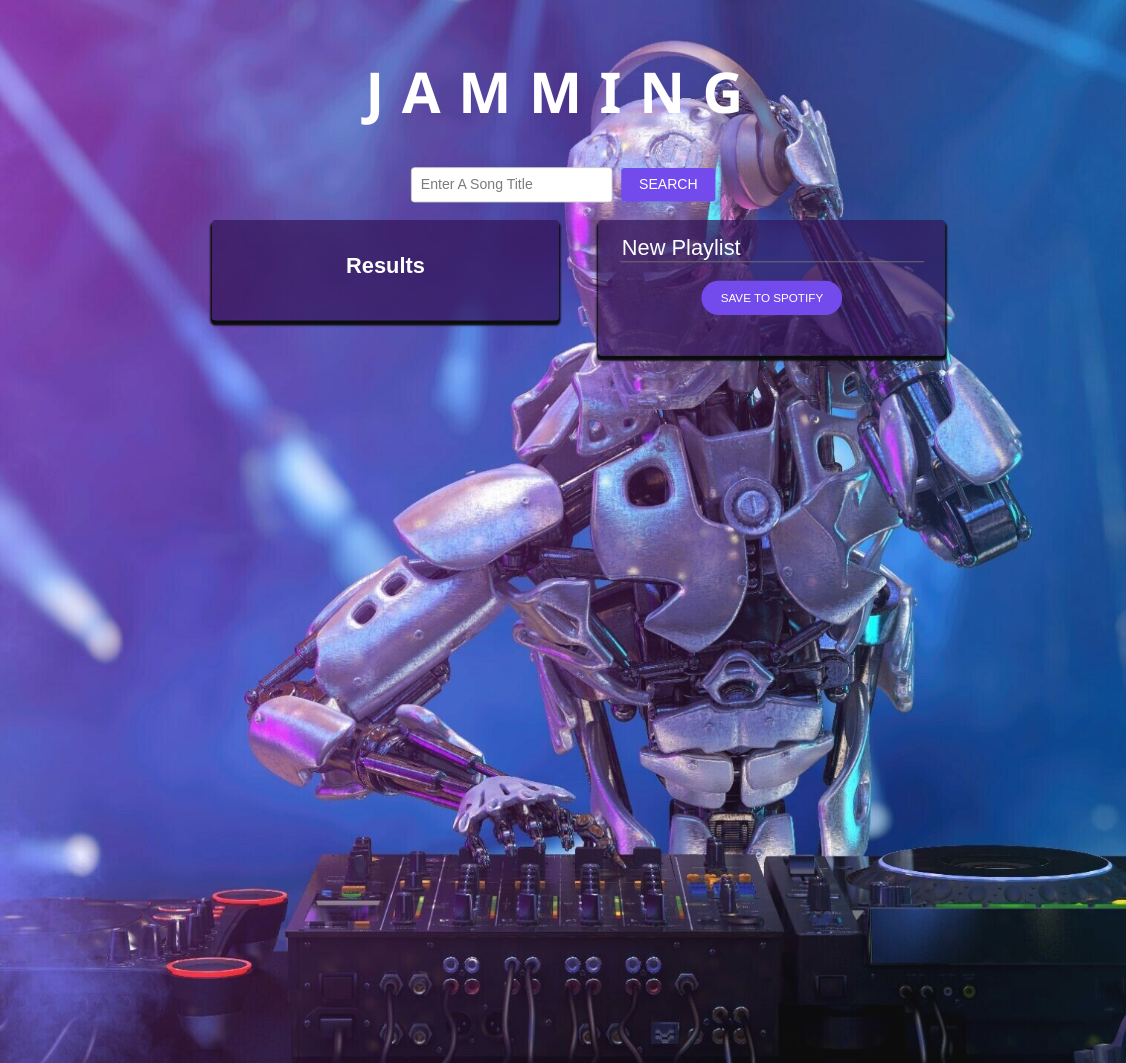
Repository: LolaSL/jamming
Page: /
These files come from the project's save history. The page is drawn as it stood at one moment and after the next save; the edit follows.
The browser window is 1280 px wide. The pictures show the whole page, at 88% of full size.
The project was rebuilt for these pictures with package versions that can differ from the ones it lists, and the page was loaded fresh each time. Also part of the build but not shown: src/components/Track/Track.css, src/components/Track/Track.jsx.

Above is the page before, as saved 2023-06-23 18:10:12.

### src/App/App.js
import React, { useState, useCallback } from "react";
import "./App.css";

import Playlist from "../components/PlayList/PlayList.jsx";
import SearchBar from "../components/SearchBar/SearchBar";
import SearchResults from "../components/SearchResults/SearchResults";
import Spotify from "../utils/Spotify";

const App = () => {
  const [searchResults, setSearchResults] = useState([]);
  const [playlistName, setPlaylistName] = useState("New Playlist");
  const [playlistTracks, setPlaylistTracks] = useState([]);

  const search = useCallback(async (term) => {
    const results = await Spotify.search(term);
    setSearchResults(results);
  }, []);

  const addTrack = useCallback((track) => {
    if (playlistTracks.some((savedTrack) => savedTrack.id === track.id)) {
      return;
    }
    setPlaylistTracks((prevTracks) => [...prevTracks, track]);
  }, [playlistTracks]);

  const removeTrack = useCallback((track) => {
    setPlaylistTracks((prevTracks) =>
      prevTracks.filter((currentTrack) => currentTrack.id !== track.id)
    );
  }, []);

  const updatePlaylistName = useCallback((name) => {
    setPlaylistName(name);
  }, []);

  const savePlaylist = useCallback(async () => {
    const trackUris = playlistTracks.map((track) => track.uri);
    await Spotify.savePlaylist(playlistName, trackUris);
    setPlaylistName("New Playlist");
    setPlaylistTracks([]);
  }, [playlistName, playlistTracks]);

  return (
    <div className="App-container" data-testid="app-test">
      <h1>
        Jamming
      </h1>
      <SearchBar onSearch={search} />
      <div className="App-playlist">
          <SearchResults searchResults={searchResults} onAdd={addTrack} />
          <Playlist
            playlistName={playlistName}
            playlistTracks={playlistTracks}
            onNameChange={updatePlaylistName}
            onRemove={removeTrack}
            onSave={savePlaylist}
        />
      </div>
      </div>
  );
};

export default App;
;

### src/App/App.css
body,
html,
#root {
  height: 100%;

}

/* CSS for App-container */
.App-container {
  display: flex;
  flex-direction: column;
  align-items: center;
  padding: 20px;
  background-color: #f0f0f0;
  background-image: url('./background.jpg');
  height: 150%;
  padding: 0 17% 10% 17%;
  opacity: 0.95;
  background-size: cover;
  overflow: hidden;
  background-position: center;
  background-repeat: no-repeat;
  font-family: 'Work Sans', sans-serif;
  font-weight: 500;
  color: #56649f;
  text-align: center;
}

/* CSS for h1 */
h1 {
  font-family:'Segoe UI', Tahoma, Geneva, Verdana, sans-serif;
  text-transform: uppercase;
  letter-spacing: 20px;
  color: #ffffff;
  font-size: 4rem;
  margin-top: 60px;
}

/* CSS for SearchBar */
.SearchBar {
  display: flex;
  justify-content: center;
  align-items: center;
  margin-bottom: 20px;
}

/* CSS for App-playlist */
.App-playlist {
  display: grid;
  grid-template-columns: 1fr 1fr;
  grid-gap:80px;
  align-items: justify;
  /* width:500px; */
  margin: 0 auto;
}

/* CSS for SearchResults and Playlist components */
.SearchResults,
.Playlist {
  background-color: #fff;
  padding: 20px;
  border-radius: 4px;
  box-shadow: 0 2px 4px rgba(0, 0, 0, 0.1);
}

### src/components/PlayList/PlayList.jsx
import React, { useCallback } from "react";
import PropTypes from "prop-types";
import "./PlayList.css";
import TrackList from "../TrackList/TrackList";

const Playlist = ({
  onNameChange,
  playlistTracks,
  onRemove,
  onSave
}) => {
  const handleNameChange = useCallback((event) => {
    onNameChange(event.target.value);
  }, [onNameChange]);

  return (
    <div className="Playlist">
      <input onChange={handleNameChange} defaultValue={"New Playlist"} />
      <TrackList
        tracks={playlistTracks}
        isRemoval={true}
        onRemove={onRemove}
      />
      <button className="Playlist-save" onClick={onSave}>
        SAVE TO SPOTIFY
      </button>
    </div>
  );
};

Playlist.propTypes = {
  onNameChange: PropTypes.func,
  playlistTracks: PropTypes.array,
  onRemove: PropTypes.func,
  onSave: PropTypes.func
};

export default Playlist;

### src/components/SearchBar/SearchBar.jsx
import React, { useState, useCallback } from "react";
import "./SearchBar.css";

const SearchBar = ({ onSearch }) => {
  const [term, setTerm] = useState("");

  const handleTermChange = useCallback((event) => {
    setTerm(event.target.value);
  }, []);

  const search = useCallback(() => {
    onSearch(term);
  }, [onSearch, term]);

  return (
    <form className="SearchBar">
      <input placeholder="Enter A Song Title" onChange={handleTermChange} />
      <button className="SearchButton" onClick={search}>
        SEARCH
      </button>
    </form>
  );
};

export default SearchBar;

### src/components/SearchResults/SearchResults.jsx
import React from "react";
import "./SearchResults.css";
import TrackList from "../TrackList/TrackList";

const SearchResults = ({ searchResults, onAdd }) => {
  return (
    <div className="SearchResults">
      <h2>Results</h2>
      <TrackList tracks={searchResults} onAdd={onAdd} />
    </div>
  );
};

export default SearchResults;

### src/utils/Spotify.js
const clientId = 'a18dfb23f21c4bf69aa0c5c6ac72acdc'; // Insert client ID here.
const redirectUri = 'http://localhost:3000/'; // Have to add this to your accepted Spotify redirect URIs on the Spotify API.

let accessToken;

const Spotify = {
  getAccessToken() {
    if (accessToken) {
      return accessToken;
    }

    const accessTokenMatch = window.location.href.match(/access_token=([^&]*)/);
    const expiresInMatch = window.location.href.match(/expires_in=([^&]*)/);
    if (accessTokenMatch && expiresInMatch) {
      accessToken = accessTokenMatch[1];
      const expiresIn = Number(expiresInMatch[1]);
      window.setTimeout(() => accessToken = '', expiresIn * 1000);
      window.history.pushState('Access Token', null, '/'); // This clears the parameters, allowing us to grab a new access token when it expires.
      return accessToken;
    } else {
      const accessUrl = `https://accounts.spotify.com/authorize?client_id=${clientId}&response_type=token&scope=playlist-modify-public&redirect_uri=${redirectUri}`;
      window.location = accessUrl;
    }
  },

  async search(term) {
    const accessToken = Spotify.getAccessToken();
    const response = await fetch(`https://api.spotify.com/v1/search?type=track&q=${term}`, {
      headers: {
        Authorization: `Bearer ${accessToken}`
      }
    });
    const jsonResponse = await response.json();
    if (!jsonResponse.tracks) {
      return [];
    }
    return jsonResponse.tracks.items.map(track => ({
      id: track.id,
      name: track.name,
      artist: track.artists[0].name,
      album: track.album.name,
      popularity: track.popularity,
      uri: track.uri
    }));
  },

  savePlaylist(name, trackUris) {
    if (!name || !trackUris.length) {
      return;
    }

    const accessToken = Spotify.getAccessToken();
    const headers = { Authorization: `Bearer ${accessToken}` };
    let userId;

    return fetch('https://api.spotify.com/v1/me', { headers: headers }
    ).then(response => response.json()
    ).then(jsonResponse => {
      userId = jsonResponse.id;
      return fetch(`https://api.spotify.com/v1/users/${userId}/playlists`, {
        headers: headers,
        method: 'POST',
        body: JSON.stringify({ name: name })
      }).then(response => response.json()
      ).then(jsonResponse => {
        const playlistId = jsonResponse.id;
        return fetch(`https://api.spotify.com/v1/users/${userId}/playlists/${playlistId}/tracks`, {
          headers: headers,
          method: 'POST',
          body: JSON.stringify({ uris: trackUris })
        });
      });
    });
  }
};

export default Spotify;

### src/components/PlayList/PlayList.css
.Playlist {
    display: flex;
    flex-direction: column;
    align-items: center;
    justify-items: center;
    overflow-y: scroll;
    width: 100%;
    max-height: 900px;
    padding: 1.1rem;
    background-color: rgba(40, 9, 80, 0.7);
    box-shadow: 0 4px 2px 2px #000000;

  }

  .Playlist input {
    width: 95%;
    border: 0;
    outline: 0;
    background: transparent;
    border-bottom: 1px solid #6f6f6f;
    font-family: 'Poppins', sans-serif;
    font-size: 1.55rem;
    color: #fff;
  }

  .Playlist-save {
    cursor: pointer;
    width: 10rem;
    padding: .77rem 0;
    border-radius: 54px;
    border-width: 0px;
    margin-top: 1.27rem;
    background-color: #6c41ec;
    text-align: center;
    font-size: .83rem;
    transition: background-color .25s;
    color: #fff;
    font-weight: 500;
  }

  .Playlist-save:hover {
    background-color: rgba(108, 65, 233, .7);
  }

  ::-webkit-scrollbar {
      width: 0px;
      background: transparent;
  }

  @media screen and (min-width: 400px) {
    .Playlist {
      width: 70%;
      height: auto;
      align-items: center;
    }
  }

  @media screen and (min-width: 800px) {
    .Playlist {
      width:75%;
      height: auto;
    }
  }
  @media only screen and (max-width: 1220px) {
    .Playlist {
      width: 90%;
      height: auto;
      align-items: center;
    }
  }
  @media only screen and (max-width: 1620px) {
    .Playlist {
      width: 100%;
      height: auto;
      align-items: center;
    }
  }

### src/components/TrackList/TrackList.jsx
import React from "react";
import PropTypes from "prop-types";
import "./TrackList.css";
import Track from "../Track/Track";

const TrackList = ({ tracks, onAdd, isRemoval, onRemove }) => {
  return (
    <div className="TrackList">
      {tracks.map((track, index) => (
        <Track
          key={index}
          track={track}
          onAdd={onAdd}
          isRemoval={isRemoval}
          onRemove={onRemove}
        />
      ))}
    </div>
  );
};

TrackList.propTypes = {
  tracks: PropTypes.array,
  onAdd: PropTypes.func,
  onRemove: PropTypes.func,
  isRemoval: PropTypes.bool,
};

export default TrackList;

### src/components/SearchBar/SearchBar.css
/* CSS for SearchBar form */
.SearchBar {
  display: flex;
  align-items: center;
}

/* CSS for input */
.SearchBar input {
  flex-grow: 1;
  padding: 10px;
  border: 1px solid #ccc;
  border-radius: 4px;
  font-size: 16px;
  margin-right: 10px;
}

/* CSS for button */
.SearchBar button {
  padding: 10px 20px;
  background-color: #6c41ec;
  color: #fff;
  border: none;
  border-radius: 4px;
  font-size: 16px;
  cursor: pointer;
}

/* CSS for button hover effect */
.SearchBar button:hover {
  background-color: rgba(108, 65, 233, 0.7);
}



/* .SearchBar {
  display: flex;
  flex-direction: column;
  align-items: center;
  padding-top: 4rem;
  margin-bottom: 4rem;
}

.SearchBar input {
  width: 450px;
  height: 25px;
  padding:1rem 0;
  border: 2px solid #fff;
  border-radius: 15px;
  margin-bottom: 1rem;
  color: black;
  font-weight: 600;
  text-align: center;
  font-size: 1.5rem;
  opacity: 0.45;
  z-index: 1;
}

.SearchBar input:focus {
  outline: none;
}

.SearchButton {
  cursor: pointer;
  width: 8.11rem;
  padding: 0.77rem 0;
  border-radius: 54px;
  background-color: rgba(40, 9, 80, 0.7);
  text-align: center;
  font-size: 1rem;
  transition: background-color 0.25s;
  border: 0px;
  color: #fff;
  font-weight: 500;
}

.SearchButton:hover {
  background-color: rgba(108, 65, 233, 0.7);
} */

### src/components/SearchResults/SearchResults.css
.SearchResults {
  display: flex;
  flex-direction: column;
  align-items: left;
  overflow-y: scroll;
  width: 38%;
  max-height: 900px;
  padding: 1.1rem;
  background-color: rgba(40, 9, 80, 0.7);
  box-shadow: 0 4px 2px 2px #000000;
  gap: 10px;

  }
  h2{
    font-family: 'Poppins', sans-serif;
    color: #ffffff;
    text-align: left;
    font-size: 1.55rem;
  }
  ::-webkit-scrollbar {
      width: 0px;
      background: transparent;
  }

  /* @media only screen and (max-width: 1020px) {
    .SearchResults {
      width: 90%;
      margin-bottom:2.5rem;
    }
  } */

  @media screen and (min-width: 400px) {
    .SearchResults {
      width: 70%;
      margin-bottom:1.5rem;
      align-items: center;
    }
  }

  @media screen and (min-width: 800px) {
    .SearchResults {
      width:75%;
      margin-bottom:2rem;
      align-items: center;
    }
  }
  @media only screen and (max-width: 1220px) {
    .SearchResults {
      width: 90%;
      margin-bottom:2.5rem;
      align-items: center;
    }
  }
  @media only screen and (max-width: 1620px) {
    .SearchResults {
      width: 100%;
      margin-bottom:2.5rem;
      align-items: center;
    }
  }

### src/components/TrackList/TrackList.css
.TrackList {
    width: 100%;
    overflow-y: scroll;
  }

  @media screen and (max-width: 400px) {
    .TrackList {
      width: 70%;
      height: auto;
      align-items: center;
    }
  }

  @media screen and (max-width: 800px) {
    .TrackList {
      width:75%;
      height: auto;
      align-items: center;
    }
  }
  @media only screen and (max-width: 1220px) {
    .TrackList {
      width: 90%;
      height: auto;
      align-items: center;
    }
  }
  @media only screen and (max-width: 1620px) {
    .TrackList {
      width: 100%;
      height: auto;
      align-items: center;
    }
  }

Loaded but not shown: public/index.html (common file); src/index.js (common file); src/index.css (common file); src/reportWebVitals.js (common file)

After the next save:
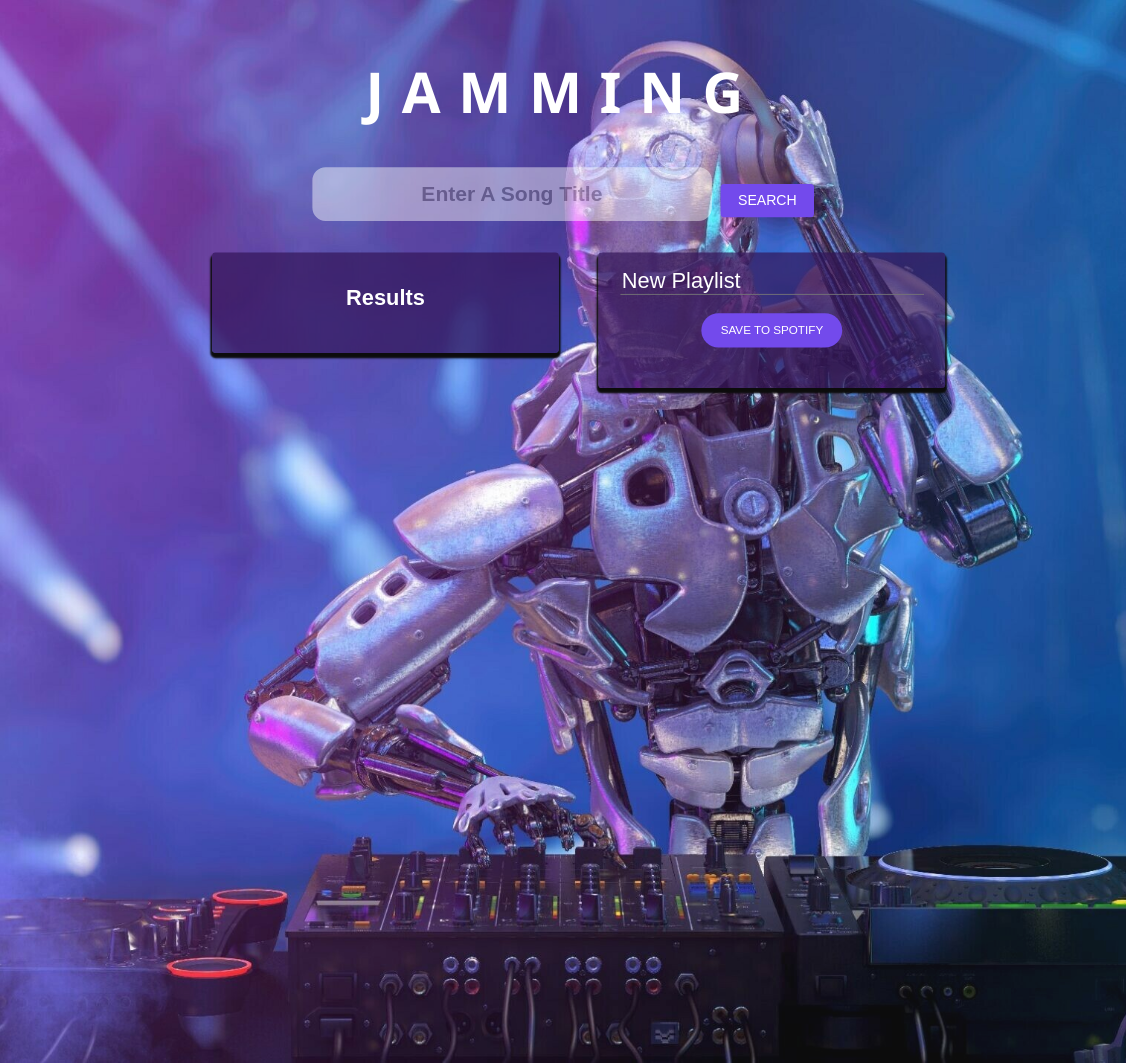
Saved 24 s later.
--- a/src/components/SearchBar/SearchBar.css
+++ b/src/components/SearchBar/SearchBar.css
@@ -12,6 +12,18 @@
   border-radius: 4px;
   font-size: 16px;
   margin-right: 10px;
+  width: 450px;
+  height: 25px;
+  padding:1rem 0;
+  border: 2px solid #fff;
+  border-radius: 15px;
+  margin-bottom: 1rem;
+  color: black;
+  font-weight: 600;
+  text-align: center;
+  font-size: 1.5rem;
+  opacity: 0.45;
+  z-index: 1;
 }
 
 /* CSS for button */
